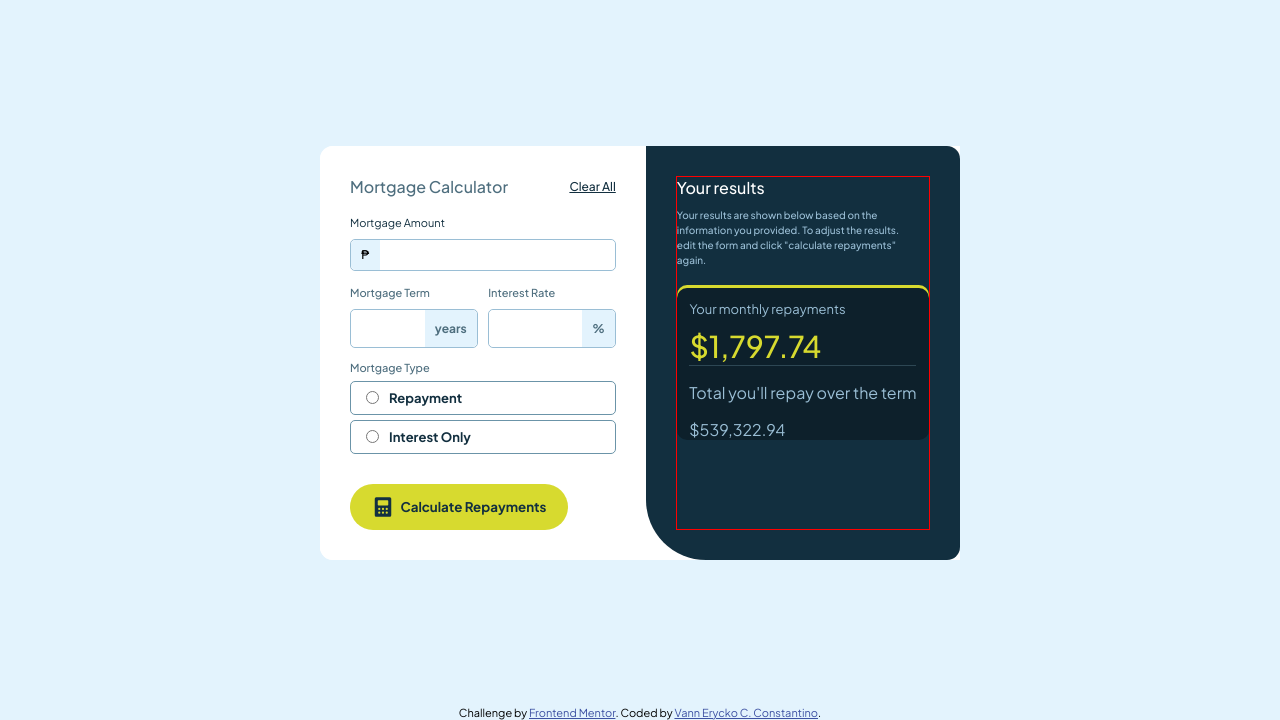
Repository: kocokoy/mortgage-repayment-calculator
Page: index.html
An editor plug-in stored every save of this project. The page is shown before and after the next save, followed by the edit.
The browser window is 1280 px wide. The pictures show the whole page.

Above is the page before, as saved 2024-10-30 14:50:24.

### index.html
<!DOCTYPE html>
<html lang="en">
<head>
  <meta charset="UTF-8">
  <meta name="viewport" content="width=device-width, initial-scale=1.0"> <!-- displays site properly based on user's device -->

  <link rel="icon" type="image/png" sizes="32x32" href="./assets/images/favicon-32x32.png">
  <link rel="stylesheet" href="/styles/style.css">
  <link rel="preconnect" href="https://fonts.googleapis.com">
<link rel="preconnect" href="https://fonts.gstatic.com" crossorigin>
<link href="https://fonts.googleapis.com/css2?family=Karla:ital,wght@0,200..800;1,200..800&family=Plus+Jakarta+Sans:ital,wght@0,200..800;1,200..800&family=Red+Hat+Text:ital,wght@0,300..700;1,300..700&display=swap" rel="stylesheet">

  <title>Frontend Mentor | Mortgage repayment calculator</title>
</head>
<body>
  <div class="container">
    <div class="container-card">
      <div class="mortgage-calculator-side">
        <div class="mortgage-calculator-header">
          <p>Mortgage Calculator</p>
          <button>Clear All</button>
        </div>
        <div class="mortgage-calculator-amount">
          <p>Mortgage Amount</p>
          <label class="mortgage-calculator-amount-input">
            <div class="peso-logo">&#8369;</div>
            <input type="text" class="jsMortageAmount">
          </label>
          <div class="field-require-text">
            this field is required
          </div>
        </div>
        <div class="mortgage-calculator-term-and-interest">
          <div class="mortgage-calculator-term-section">
            <p>Mortgage Term</p>
            <div class="mortgage-calculator-term-section-mortgage">
              <input type="text" name="" id="" class="jsMortgageTerm">
              <div>years</div>
            </div>
            <div class="field-require-text">
              this field is required
            </div>
          </div>
          <div class="mortgage-calculator-term-section">
            <p>Interest Rate</p>
            <div class="mortgage-calculator-term-section-mortgage">
              <input type="text" name="" id="" class="jsMortgageInterest">
              <div>%</div>
            </div>
            <div class="field-require-text">
              this field is required
            </div>
          </div>
        </div>
        <div class="mortgage-calculator-type">
          <p>Mortgage Type</p>
          <label class="mortgage-calculator-type-radio">
            <input class="mortgage-calculator-type-radio-repayment jsRepaymentRadio" type="radio">
            <div>Repayment</div>
          </label>
          <label class="mortgage-calculator-type-radio">
            <input class="mortgage-calculator-type-radio-interest jsRepaymentInterest"  type="radio">
            <div>Interest Only</div>
          </label>
        </div>
        <div class="mortgage-calculator-button">
          <button class="jsCalculateRepayments">
            <div>
              <img src="/assets/images/icon-calculator.svg" alt="">
              <p>Calculate Repayments</p>
            </div>
          </button>
        </div>
      </div>
      <div class="result-side">
        <!-- <div class="result-empty">
          <div>
            <img src="/assets/images/illustration-empty.svg" alt="">
          </div>
          <div class="result-side-title">Results shown here</div>
          <div class="result-side-text">  Complete the form and click “calculate repayments” to see what
            your monthly repayments would be.</div>
        </div> -->
        <div class="result-populate">
          <div class="result-populate-title">
            Your results
          </div>
          <div class="result-populate-message">
            Your results are shown below based on the information you provided.
            To adjust the results. edit the form and click "calculate repayments" again.
          </div>
          <div class="result-populate-repayment">
            <div class="result-populate-repayment-monthly">
              <p>Your monthly repayments</p>
              <div>$1,797.74</div>
            </div>
            <div class="result-populate-repayment-total">
              <p>Total you'll repay over the term</p>
              <div>$539,322.94</div>
            </div>
          </div>
        </div>
      </div>
    </div>
  </div>


  <div class="attribution">
    Challenge by <a href="https://www.frontendmentor.io?ref=challenge">Frontend Mentor</a>.
    Coded by <a href="#">Vann Erycko C. Constantino</a>.
  </div>
  <script src="/javascripts/script.js"></script>
</body>
</html>

### styles/style.css
:root{
/* Primary */

--lime: hsl(61, 70%, 52%);
--red: hsl(4, 69%, 50%);

/* Neutral */

--white: hsl(0, 0%, 100%);
--slate100: hsl(202, 86%, 94%);
--slate300: hsl(203, 41%, 72%);
--slate500: hsl(200, 26%, 54%);
--slate700: hsl(200, 24%, 40%);
--slate900: hsl(202, 55%, 16%);
}

.attribution {
  font-size: 11px; text-align: center;
 }
.attribution a {
  color: hsl(228, 45%, 44%);
 }

 *{
  font-family: Plus Jakarta Sans;
 }

body{
  margin: 0;
  padding: 0;
  background-color: var(--slate100);
}
.container{
  height: 98vh;
  display: flex;
  flex-direction: column;
  justify-content: center;
  align-items: center;
}
.container-card{
  display: flex;
  flex-direction: row;
  height: auto;
  width: 50%;
  background-color: var(--white);
  border-bottom-left-radius: 13px;
  border-top-left-radius: 13px;
}

.field-require-text{
  margin-top: 10px;
  color: var(--red);
  font-size: 10px;
  font-weight: 900;
  margin-bottom: 3px;
  display: none;
}
.mortgage-calculator-side{
  height: auto;
  width: auto;
  background-color: var(--white);
  border-bottom-left-radius: 13px;
  border-top-left-radius: 13px;
  padding: 30px;

}
.result-side{
  height: auto;
  width: 70%;
  padding: 30px;
  overflow: hidden;
  background-color: var(--slate900);
  border-bottom-left-radius: 60px;
  border-bottom-right-radius: 13px;
  border-top-right-radius: 13px;
  display: flex;
  flex-direction: column;
  justify-content: center;
  align-items: center;

}

/*Mortgage Calculator Header */
.mortgage-calculator-header{
  display: flex;
  flex-direction: row;
  align-items: center;
  justify-content: space-between;
}
.mortgage-calculator-header p{
 margin: 0;
 font-weight: 500;
 color: var(--slate700);
}
.mortgage-calculator-header button{
 margin: 0;
 font-weight: 500;
 font-size: 12px;
 color: var(--slate900);
 background-color: var(--white);
 text-decoration: underline;
 cursor: pointer;
 border: none;
 padding: 0;
}

/*Mortgage Calculator Amount  */
.mortgage-calculator-amount{
  padding-top: 19px ;
  display: flex;
  flex-direction: column;
  margin-bottom: 15px;
}
.mortgage-calculator-amount p{
  margin: 0;
  font-size: 11px;
  color: var(--slate900);
  padding-bottom: 10px;
}

.mortgage-calculator-amount-input{
  display: flex;
  flex-direction: row;
  height: 30px;
  border: 1px solid var(--slate300);
  border-radius: 5px;
}

.mortgage-calculator-amount-input:hover{
  border: 1px solid var(--slate900);
  transition: 0.1s;
}

.mortgage-calculator-amount-input:focus-within {
  border-color: var(--lime);
}

.mortgage-calculator-amount-input:focus-within .peso-logo {
  background-color: var(--lime);
}

.mortgage-calculator-amount-input .peso-logo{
  background-color: var(--slate100);
  height: 100%;
  width: 35px;
  display: flex;
  justify-content: center;
  align-items: center;
  font-size: 12px;
  font-weight: 500;
  border: none;
  border-top-left-radius: 5px;
  border-bottom-left-radius: 5px;
}
.mortgage-calculator-amount-input input{
  width: 100%;
  border: none;
  border-top-right-radius: 5px;
  border-bottom-right-radius: 5px;
  padding: 0 10px;
  font-weight: 700;
}

.mortgage-calculator-amount-input input:focus{
  outline: none;
}

/* Mortgage Calculator Mortgage Term and Interest Rate */

.mortgage-calculator-term-and-interest{
  display: flex;
  flex-direction: row;
  width: 100;
  justify-content: space-between;
}
.mortgage-calculator-term-section{
  width: 48%;
}
.mortgage-calculator-term-section p{
  margin: 0;
  font-size: 11px;
  color: var(--slate700);
  padding-bottom: 10px;
  font-weight: 500;
}

.mortgage-calculator-term-section-mortgage{
  display: flex;
  flex-direction: row;
  border: 1px solid var(--slate300);
  border-radius: 5px;
}

.mortgage-calculator-term-section-mortgage input{
  width: 90%;
  padding: 10px;
  font-weight: 700;
  border: none;
  border-top-left-radius: 5px;
  border-bottom-left-radius: 5px;
  accent-color: green;
}
.mortgage-calculator-term-section-mortgage div{
  width: auto;
  background-color: var(--slate100);
  color: var(--slate700);
  font-size: 12px;
  display: flex;
  justify-content: center;
  align-items: center;
  font-weight: 700;
  padding: 7px 10px;
  border-top-right-radius: 5px;
  border-bottom-right-radius: 5px;
}

.mortgage-calculator-term-section-mortgage input:focus{
  outline: none;
}

/* Mortgage Calculator Type */
.mortgage-calculator-type{
  display: block;
  margin-top: 13px;
}

.mortgage-calculator-type p{
  margin: 0;
  font-size: 11px;
  color: var(--slate700);
  padding-bottom: 2px;
  font-weight: 500;
}

.mortgage-calculator-type-radio{
  border: 1px solid var(--slate500);
  display: flex;
  flex-direction: row;
  justify-content: start;
  align-items: center;
  padding: 8px 5px ;
  margin-top: 5px;
  border-radius: 5px;
}
.mortgage-calculator-type-radio:hover{
  border: 1px solid var(--lime);
  transition: 0.3s;
  cursor: pointer;
}
.mortgage-calculator-type-radio-clicked{
  border: 1px solid var(--lime);
  background-color: hsla(61, 70%, 52%, 0.1);
  transition: 0.3s;
}

.mortgage-calculator-type-radio-repayment{
  margin: 0 10px;
}

input[type="radio"]{
  accent-color: var(--lime);
  border: none;
}

.mortgage-calculator-type-radio-interest{
  margin: 0 10px;
}

.mortgage-calculator-type-radio div{
  font-size: 13px;
  font-weight: 700;
  color: var(--slate900);
}

/* Mortgage Calculator Type Button */

.mortgage-calculator-button{
  margin-top: 30px;
  display: flex;
  justify-content: start;
  align-items: start;
}

.mortgage-calculator-button button{
  display: flex;
  flex-direction: row;
  background-color: var(--lime);
  color: var(--slate900);
  border: none;
  border-radius: 100px;
  width: 82%;
  cursor: pointer;
  transition: 0.3s;
}

.mortgage-calculator-button button:hover{
  opacity: 80%;
}

.mortgage-calculator-button button img{
  margin: 0;
  display: flex;
  justify-content: center;
}

.mortgage-calculator-button button p{
  font-weight: 700;
  margin-left: 5px;
}
.mortgage-calculator-button button div{
  display: flex;
  justify-content: center;
  width: 100%;
}

/* Result Side Empty */
.result-empty{
  display: flex;
  flex-direction: column;
  justify-content: center;
  align-items: center;

}
.result-side-title{
  color: var(--white);
  font-weight: 500;
  font-size: 20px;
}
.result-side-text{
  margin-top: 10px;
  color: var(--slate500);
  font-size: 11px;
  text-align: center;
}

/* Result Side Populate*/
.result-populate{
  border: 1px solid red;
  height: 100%;
}
.result-populate-title{
  color: var(--white);
  font-weight: 500;
  padding-bottom: 5px;
}
.result-populate-message{
  color: var(--slate300);
  font-weight: 500;
  font-size: 10px;
  width: 93%;
  padding: 5px 0px;
  line-height: 15px;
}
.result-populate-repayment{
  color: var(--slate300);
  background-color: hsl(202, 55%, 11%);
  border-radius: 10px;
  margin-top: 15px;
  box-shadow:  0 -3px var(--lime);
  display: flex;
  justify-content: center;
  align-items: center;
  flex-direction: column;
}

.result-populate-repayment-monthly{
  border-bottom: 1px solid hsla(200, 24%, 40%, 0.5);
  display: flex;
  flex-direction: column;
  width: 90%;
}
.result-populate-repayment-monthly p{
  margin-bottom: 10px;
  font-size: 13px;
}
.result-populate-repayment-monthly div{
  font-size: 30px;
  color: var(--lime);
  font-weight: 500;
}

### javascripts/script.js
const calculateButton = document.querySelector('.jsCalculateRepayments');
const mortgageAmountElement = document.querySelector('.jsMortageAmount');
const mortgageTermElement = document.querySelector('.jsMortgageTerm');
const mortgageInterestElement = document.querySelector('.jsMortgageInterest');
// radio buttons
const repaymentRadioElement = document.querySelector('.jsRepaymentRadio');
const interestRadioElement = document.querySelector('.jsRepaymentInterest');
let totalRepayment = 0;
let monthlyPayment = 0;

MortgageTypeBtnClicked();
calculateButton.addEventListener('click', () => {
  const mortgageAmount =  IntegerConverter(mortgageAmountElement.value);
  const mortgageTerm =  IntegerConverter(mortgageTermElement.value);
  const mortgageInterest =  IntegerConverter(mortgageInterestElement.value);
  CalcuteRepayment(mortgageAmount,mortgageTerm,mortgageInterest);

});



function MortgageTypeBtnClicked(){
  let repaymentRadioClicked = false;
  let interestRadioClicked = false;

  const repaymentParentLabel = repaymentRadioElement.parentElement;
  const interestParentLabel = interestRadioElement.parentElement;

  repaymentRadioElement.addEventListener('click', () =>{
    if(repaymentRadioClicked){
      repaymentParentLabel.classList.remove('mortgage-calculator-type-radio-clicked');
      repaymentRadioElement.checked = false;
      repaymentRadioClicked = false;
    }else{
      repaymentRadioClicked = true;
      repaymentParentLabel.classList.add('mortgage-calculator-type-radio-clicked');
      interestParentLabel.classList.remove('mortgage-calculator-type-radio-clicked');
      interestRadioElement.checked = false;
      interestRadioClicked = false;
    }
  });

  interestRadioElement.addEventListener('click', () =>{
    if(interestRadioClicked){
      interestParentLabel.classList.remove('mortgage-calculator-type-radio-clicked');
      interestRadioElement.checked = false;
      interestRadioClicked = false;
    }else{
      repaymentParentLabel.classList.remove('mortgage-calculator-type-radio-clicked');
      interestParentLabel.classList.add('mortgage-calculator-type-radio-clicked');
      interestRadioClicked = true;
      repaymentRadioElement.checked = false;
      repaymentRadioClicked = false;
    }
  });
};

function IntegerConverter(str){
  if(str.includes('.')){
    return parseFloat(str);
  };
    return parseInt(str.replace(/,/g, ''));
}

function CalcuteRepayment(amount,years,interest){
  let months = 12;
  let monthlyInterestRate = ((interest/months)/100);
  let totalPayments = (years*months);
  let numerator = (amount * monthlyInterestRate);
  let denominator = (1 - Math.pow(1 + monthlyInterestRate,(-1*totalPayments)));
  monthlyPayment = (numerator/denominator);
  totalRepayment =  (monthlyPayment*totalPayments);
}

After the next save:
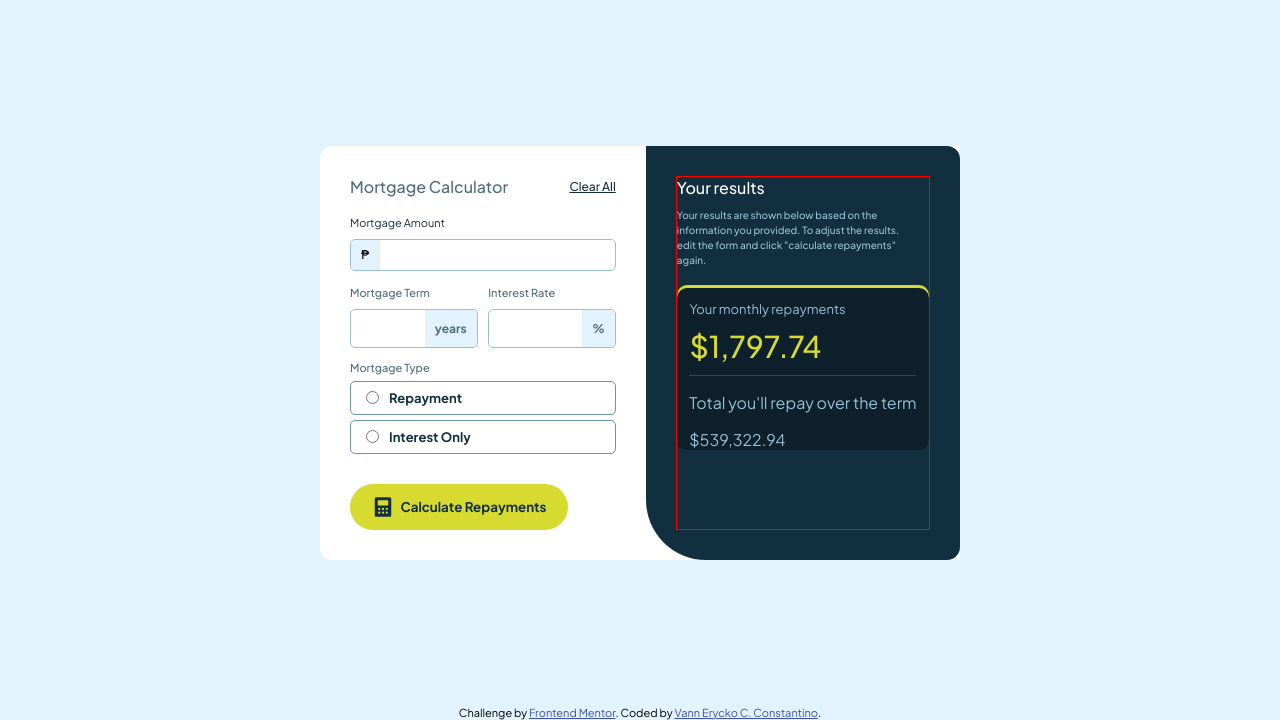
Saved 14 s later.
--- a/styles/style.css
+++ b/styles/style.css
@@ -377,4 +377,5 @@ input[type="radio"]{
   font-size: 30px;
   color: var(--lime);
   font-weight: 500;
-}
+  margin-bottom: 10px;
+}
